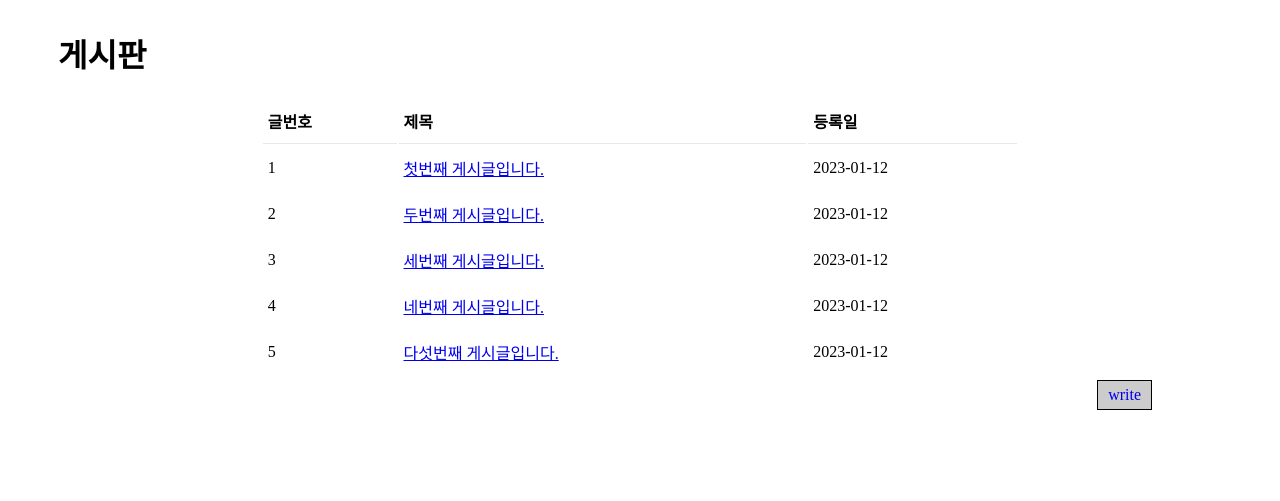
Repository: thdtjdgml415/exVoc
Page: /PostMain
The author's editor kept a copy of each file at every save. The page is drawn from the files as they stood at one save, then again after a run of saves.
The browser window is 1280 px wide. The pictures show the whole page.
The project was rebuilt for these pictures with package versions that can differ from the ones it lists, and the page was loaded fresh each time. Also part of the build but not shown: src/Page/Post.css, src/Page/PostView.js, src/Page/registration.css, src/components/modal/modal.css, src/components/modal/Modal.js, src/components/modal/CheckModal.js, src/components/modal/AdminModal..js, src/Page/Registration.js and 3 more.

Above is the page before, as saved 2023-01-13 15:28:09.

### public/index.html
<!DOCTYPE html>
<html lang="en">
<head>
  <meta charset="UTF-8">
  <meta http-equiv="X-UA-Compatible" content="IE=edge">
  <meta name="viewport" content="width=device-width, initial-scale=1.0">
  <title>게시판</title>
</head>
<body>
  <div id="root"></div>
</body>
</html>

### src/App.js
import { BrowserRouter, Routes,  Route } from 'react-router-dom';
import PostMain from './Page/PostMain';
import PostView from './Page/PostView';
import Registration from './Page/Registration';
import AdminList from './Page/AdminList';
import AdminView from './Page/AdminView';

function App() {
  return (
    <div className='App'>
      <BrowserRouter>
        <Routes>
          <Route path='/' element={<Registration/>}/>
          <Route path='/postView/:no' element={<PostView/>}/>
          <Route path='/PostMain' element= {<PostMain/>}/>
          <Route path='/Page/AdminList' element= {<AdminList/>}/>
          <Route path='/AdminView/:no' element= {<AdminView/>}/>
        </Routes>
      </BrowserRouter>
    </div>
  )
}

export default App;

### src/Page/PostMain.js
import React from 'react'
import PostList from './PostList'

const PostMain = porps => {
  return (
    <>
      <PostList />
    </>
  )
}
export default PostMain

### src/Page/PostList.js
import React, { useEffect, useState } from 'react';
import { Link } from 'react-router-dom';
import CommonTable from '../components/table/CommonTable';
import CommonTableColumn from '../components/table/CommonTableColumn';
import CommonTableRow from '../components/table/CommonTableRow';
import CommonTableWriteBtn from '../components/table/CommonTableWriteBtn';
import { postList } from '../Data';

const PostList = props => {
  const [ dataList, setDataList ] = useState([])

  useEffect(()=> {
    setDataList(postList);
  }, [ ])

  return (
    <>
    <h1>게시판</h1>
      <CommonTable headersName={['글번호', '제목', '등록일']}>
       {
          dataList ? dataList.map((item, index) => {
            return(
              <CommonTableRow key={index}>
                <CommonTableColumn>{item.no}</CommonTableColumn>
                <CommonTableColumn>
                  <Link to={`/postView/${item.no}`}>{item.title}</Link></CommonTableColumn>
                <CommonTableColumn>{item.createDate}</CommonTableColumn>
              </CommonTableRow>
            )
          }) : ''
       }
      <Link to={'/Registration/'}>
        <CommonTableWriteBtn/>
      </Link>
      </CommonTable>
    </>
  )
}

export default PostList

### src/Data.js
const postList = [
    {
        "no": 1,
        "title": "첫번째 게시글입니다.",
        "content": "첫번째 게시글 내용입니다.",
        "createDate": "2023-01-12"
      },
      {
        "no": 2,
        "title": "두번째 게시글입니다.",
        "content": "두번째 게시글 내용입니다.",
        "createDate": "2023-01-12"
      },
      {
        "no": 3,
        "title": "세번째 게시글입니다.",
        "content": "세번째 게시글 내용입니다.",
        "createDate": "2023-01-12"
      },
      {
        "no": 4,
        "title": "네번째 게시글입니다.",
        "content": "네번째 게시글 내용입니다.",
        "createDate": "2023-01-12"
      },
      {
        "no": 5,
        "title": "다섯번째 게시글입니다.",
        "content": "다섯번째 게시글 내용입니다.",
        "createDate": "2023-01-12"
      },
]

const getPostByNo = no => {

    const array = postList.filter(x=>x.no===no);
    if(array.length == 1) {
        return array[1];
    }
    return null;
}

export {
    postList,
    getPostByNo
};

### src/components/modal/common.css
#container {
  display: flex;
  flex: 1;
  justify-content: center;
  padding-top: 5ch;
}

html {
  background-color: white;
}

h3 {
  padding: 0;
  -webkit-text-size-adjust: none;
}

h1 {
  margin-left: 50px;
  margin-top: 30px;
}

### src/components/table/CommonTable.js
import React from 'react'
import './CommonTable.css'

const CommonTable = props => {
    const {headersName, children} = props;

  return (
    <table>
        <thead>
            <tr>
                {
                    headersName.map((item, index) => {
                        return (
                            <td className='common-table-header-column' key={index}>{ item }</td>
                        )
                    })
                }
            </tr>
        </thead>
        <tbody>
            {
                children
            }
        </tbody>
    </table>
  )
}

export default CommonTable

### src/components/table/CommonTableColumn.js
import React from 'react';

const CommonTableColumn = ({ children }) => {
  return (
    <td className='common-table-column'>
      {
        children
      }
    </td>
  )
}

export default CommonTableColumn

### src/components/table/CommonTableRow.js
import React from 'react';

const CommonTableRow = ({ children }) => {
  return (
    <tr className="common-table-row">
      {
        children
      }
    </tr>
  )
}

export default CommonTableRow;

### src/components/table/CommonTableWriteBtn.js
import React from 'react';


const CommonTableWriteBtn = () => {
  return (

      <div className='post-write-btn'
       style={{border: '1px solid black', display: 'inline-block', backgroundColor: '#ccc'}}>write</div>

  )
}

export default CommonTableWriteBtn

### src/components/table/CommonTable.css
table {
  margin: 0 auto;
  width: 60%;
}

.common-table {
    width: 70%;
    margin: 0 auto;
    text-align: center;
    border-spacing: 0;
  }

.common-table-header-column {
  border-bottom: 1px solid #e8e8e8;
  padding: 0;
  font-size: 16px;
  padding: 10px 5px;
  font-weight: bold;
}

.common-table-row:hover {
  background-color: #eceaea;
  cursor: pointer;
}

.common-table-column {
  padding: 10px 5px;
}


/* button */
.post-write-btn {
  padding: 5px 10px;
  position: absolute;
  right: 10%;
  top: 380px;
}

Loaded but not shown: src/index.js (common file)

After the next 3 saves:
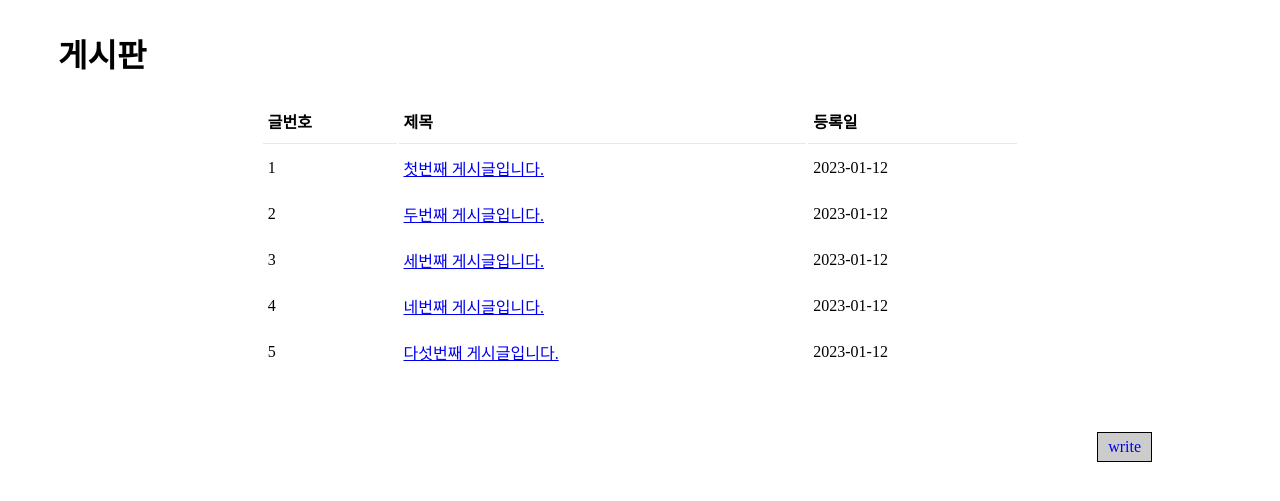
The 3 saves are shown as one change because they came seconds apart.
The last was saved 10 s later.
--- a/src/components/table/CommonTable.css
+++ b/src/components/table/CommonTable.css
@@ -33,5 +33,5 @@ table {
   padding: 5px 10px;
   position: absolute;
   right: 10%;
-  top: 380px;
+  top: 60%;
 }
